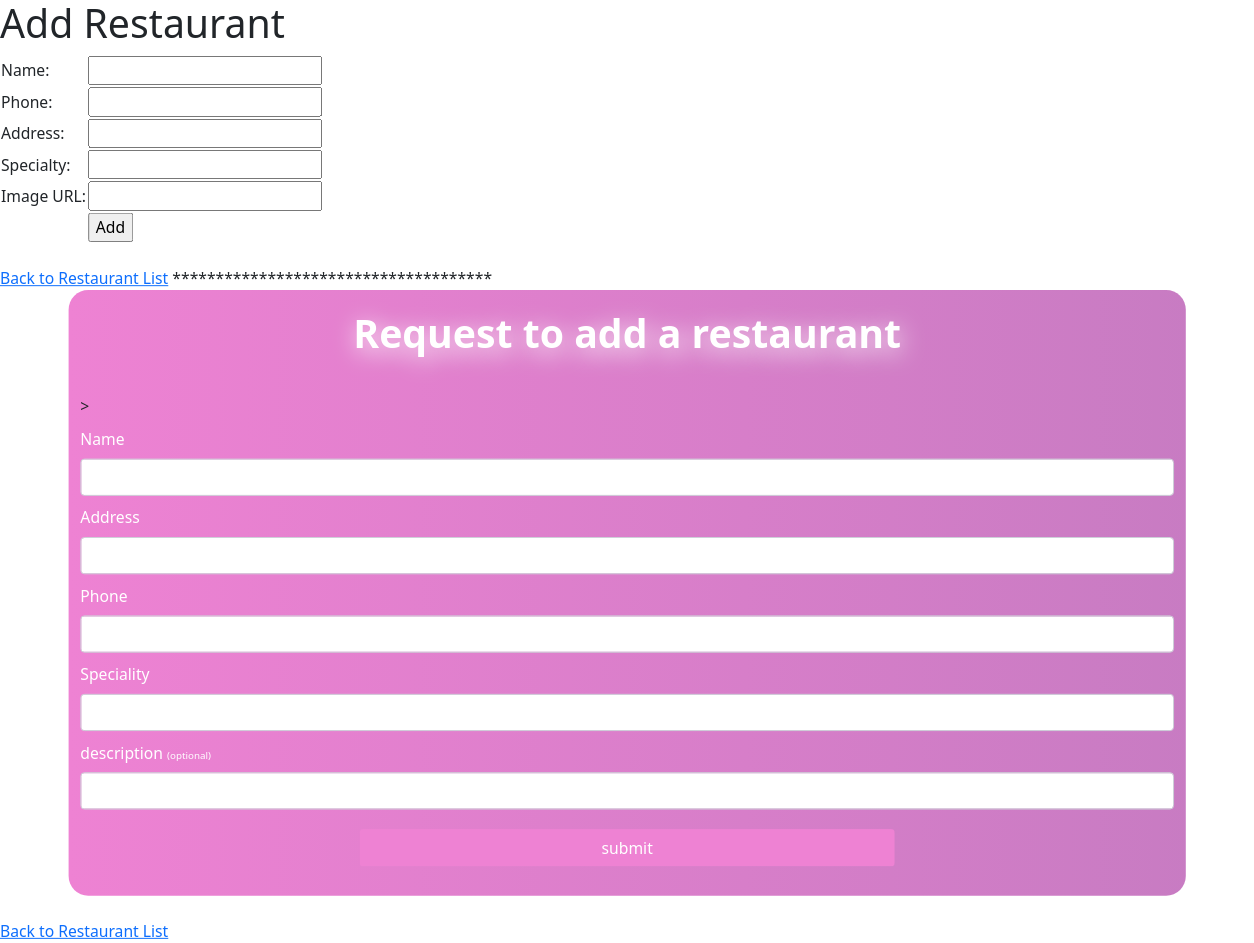
Repository: eyaajili/j2ee
Page: http://localhost/projet_j2ee/addRestaurant.jsp
The author's editor kept a copy of each file at every save. The page is drawn from the files as they stood at one save, then again after the next save.
The browser window is 1280 px wide. The pictures show the whole page, at 98% of full size.
The page is served by Tomcat 9. Other server files are loaded and not shown.

Above is the page before, as saved 2023-04-29 21:21:54.

### projet j2ee/src/main/webapp/addRestaurant.jsp
<%@ page language="java" contentType="text/html; charset=ISO-8859-1"
    pageEncoding="ISO-8859-1"%>
<%@ taglib prefix="c" uri="http://java.sun.com/jsp/jstl/core" %>

<!DOCTYPE html>
<html>
<head>
<meta charset="ISO-8859-1">
<title>Add Restaurant</title>
</head>
<body>
<h1>Add Restaurant</h1>
<form method="get" action="Servlet">
	<table>
		<tr>
			<td>Name:</td>
			<td><input name="name" type="text"></td>
		</tr>
		<tr>
			<td>Phone:</td>
			<td><input name="phone" type="text"></td>
		</tr>
		<tr>
			<td>Address:</td>
			<td><input name="address" type="text"></td>
		</tr>
			<tr>
			<td>Specialty:</td>
			<td><input name="specialty" type="text"></td>
		</tr>
        <tr>
             <td>Image URL:</td>
             <td><input name="imageUrl" type="text"></td>
       </tr>

		<tr>
			<td></td>
			<td><input type="submit" value="Add"></td>
		</tr>
	</table>
	<input type="hidden" name="action" value="addRestaurant">
</form>
<br>
<a href="Servlet?action=listRestaurant">Back to Restaurant List</a>
</body>
</html>
*************************************
<!DOCTYPE html>
<html lang="en">
<head>
    <meta charset="UTF-8">
    <meta http-equiv="X-UA-Compatible" content="IE=edge">
    <meta name="viewport" content="width=device-width, initial-scale=1.0">
    <title>Request</title>
    <link
    href="https://cdn.jsdelivr.net/npm/bootstrap@5.0.2/dist/css/bootstrap.min.css"
    rel="stylesheet"
    integrity="sha384-EVSTQN3/azprG1Anm3QDgpJLIm9Nao0Yz1ztcQTwFspd3yD65VohhpuuCOmLASjC"
    crossorigin="anonymous"
  />
  <style>
    .title{
        color: white;
         font-weight: 700;
        text-align: center;
        margin-top: 20PX;
        text-shadow: 2px 5px 25px white;;
    }
    label{
      color: white;
    }

    .request{
      margin-top: 30px;
    }

    .field{
      margin-top: 10PX;
      margin-bottom: 10PX;
    }

    .container{
      border-radius: 20PX;
    }
  </style>
</head>
<body>
    <div class="container" style="
    background-image: linear-gradient(
      90deg,
      #ee82d3,
      rgba(194, 109, 188, 0.9)
    );
  ">
    <div class="row">
      <h1 class="title">Request to add a restaurant</h1>
    </div>
    <div class="row">
      <form class="request" form method="get" action="Servlet">
>
        <div class="field">
          <label class="form-label" for="name">Name</label>
          <input name="name" class="form-control" type="text">
        </div>
        <div class="field">
          <label class="form-label" for="address">Address</label>
          <input name="address" class="form-control" type="text">
        </div>
        <div class="field">
          <label class="form-label" for="phone">Phone</label>
          <input name="phone" class="form-control" type="text">
        </div>
        <div class="field">
          <label class="form-label" for="speciality">Speciality</label>
          <input name="speciality" class="form-control" type="text">
        </div>
        <div class="field">
          <label class="form-label" for="description" >description <span style="font-size: 10PX;">(optional)</span></label>
          <input class="form-control" type="text">
        </div>
        <div class="row">
          <div class="col-3"></div>
          <div class="col-6"><div class="d-grid gap-2">
          <button class="btn" style="margin-top: 10px; margin-bottom: 30px; background-color: #ee82d3; color: white;"value="Add" type="submit">submit</button></div></div>
          <div class="col-3"></div>
        </div>
        <input type="hidden" name="action" value="addRestaurant">
      </form>
    </div>
    </div>
    <br>
                  <a href="Servlet?action=listRestaurant">Back to Restaurant List</a>
</body>
</html>

After the next save:
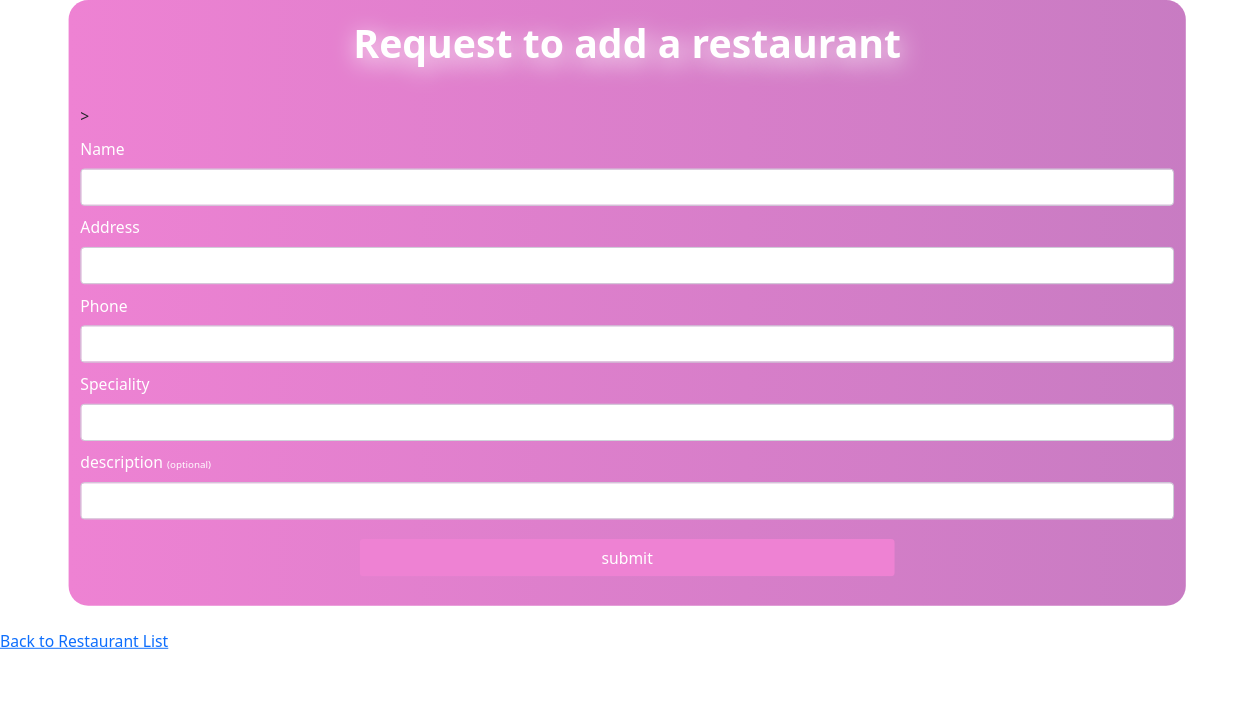
Saved 25 s later.
--- a/projet j2ee/src/main/webapp/addRestaurant.jsp
+++ b/projet j2ee/src/main/webapp/addRestaurant.jsp
@@ -1,50 +1,6 @@
 <%@ page language="java" contentType="text/html; charset=ISO-8859-1"
     pageEncoding="ISO-8859-1"%>
 <%@ taglib prefix="c" uri="http://java.sun.com/jsp/jstl/core" %>
-
-<!DOCTYPE html>
-<html>
-<head>
-<meta charset="ISO-8859-1">
-<title>Add Restaurant</title>
-</head>
-<body>
-<h1>Add Restaurant</h1>
-<form method="get" action="Servlet">
-	<table>
-		<tr>
-			<td>Name:</td>
-			<td><input name="name" type="text"></td>
-		</tr>
-		<tr>
-			<td>Phone:</td>
-			<td><input name="phone" type="text"></td>
-		</tr>
-		<tr>
-			<td>Address:</td>
-			<td><input name="address" type="text"></td>
-		</tr>
-			<tr>
-			<td>Specialty:</td>
-			<td><input name="specialty" type="text"></td>
-		</tr>
-        <tr>
-             <td>Image URL:</td>
-             <td><input name="imageUrl" type="text"></td>
-       </tr>
-
-		<tr>
-			<td></td>
-			<td><input type="submit" value="Add"></td>
-		</tr>
-	</table>
-	<input type="hidden" name="action" value="addRestaurant">
-</form>
-<br>
-<a href="Servlet?action=listRestaurant">Back to Restaurant List</a>
-</body>
-</html>
-*************************************
 <!DOCTYPE html>
 <html lang="en">
 <head>
